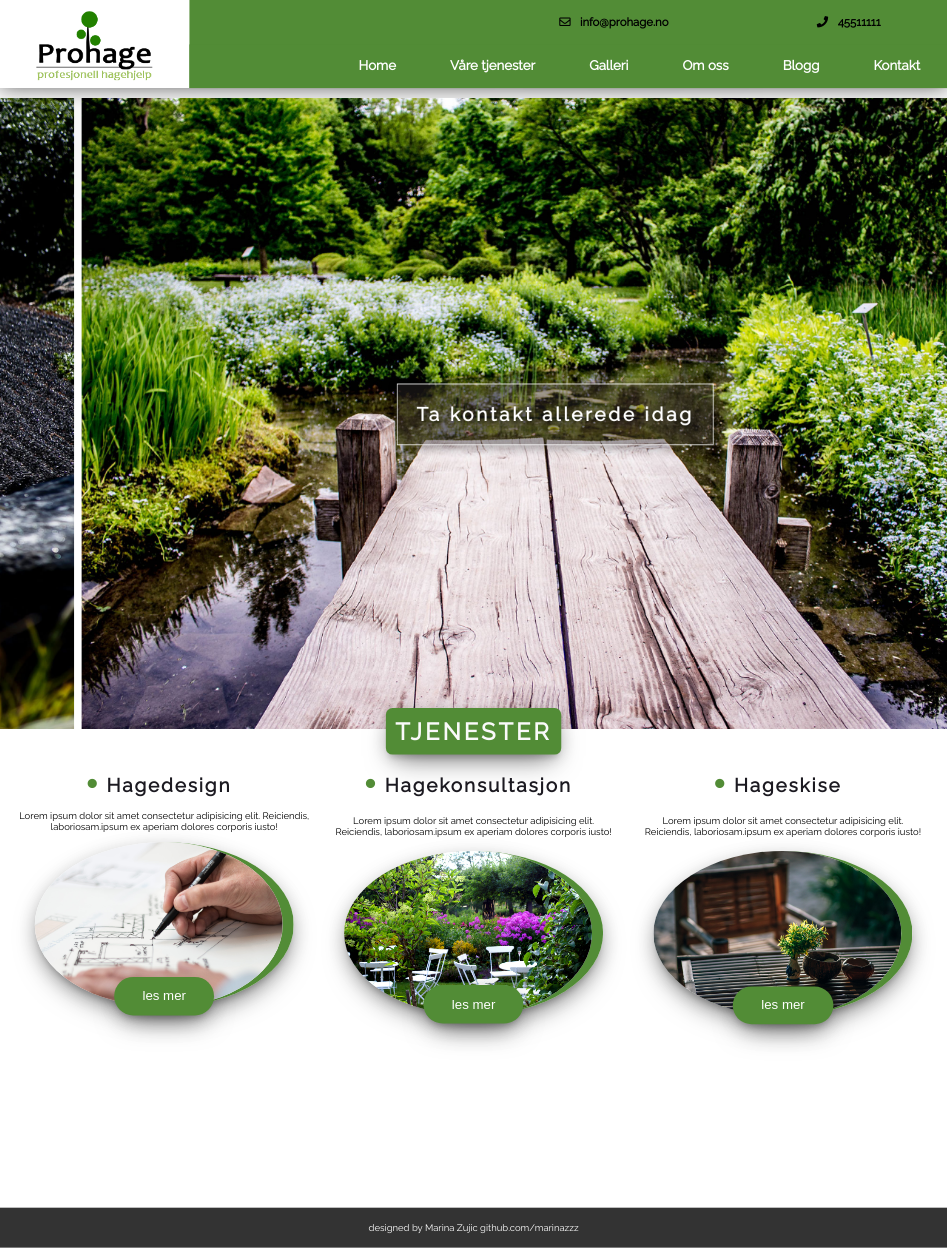
Repository: marinazzz/garden-design-website
Page: Garden design website/index.html
These files come from the project's save history. The page is drawn as it stood at one moment and after the next save; the edit follows.
The browser window is 1280 px wide. The pictures show the whole page, at 74% of full size.

Above is the page before, as saved 2020-04-01 10:09:26.

### Garden design website/index.html
<!DOCTYPE html>
<html lang="nb">
<head>
    <title>Hagedesign Oslo</title>
    <link rel="stylesheet" type="text/css" href="CSS/fontawesome-free-5.12.1-web/css/all.min.css">
    <link rel="stylesheet" type="text/css" href="CSS/style.css"/>
    <link rel="stylesheet" type="text/css" href="CSS/min-width-768px.css">
    <link rel="stylesheet" type="text/css" href="CSS/min-width-992px.css">
    <link rel="stylesheet" href="https://cdnjs.cloudflare.com/ajax/libs/animate.css/3.7.2/animate.min.css">
    <link rel="stylesheet" type="text/css" href="PLUGINS/glide-master/dist/css/glide.core.min.css" />
    <link rel="stylesheet" type="text/css" href="PLUGINS/glide-master/dist/css/glide.theme.min.css" />
    <link href="https://fonts.googleapis.com/css?family=Raleway&display=swap" rel="stylesheet">
    <meta name="viewport" content="width=device-width, initial-scale=1" charset="UTF-8">
</head>
<body>
    <header class="header--white-green">
        <div class="wrapper">
        <div class="container__menu--small container__menu"> <!--grid container-->
            <div class="container__logo"> <!--1.column-->
                <img class="logo"src="images/prohage black.png" alt="Prohage logo">
            </div>
            <div class="container__items--small container__items"> <!--2.column-->
                <div class="container__item"> <!--1.row-->
                     <a href="mailto:info@prohage.no"
                         class ="container__item-txt"><i class="far fa-envelope"></i>info@prohage.no</a>
                     <a href="tlf:45511111"
                         class="container__item-txt"><i class="fas fa-phone"></i>45511111</a>
                </div>
               <div class="container__item-bottom"> <!--2.row-->
                   <button class="menu__toggle">
                       <i class="fas fa-bars"></i>
                   </button>
                   <nav id="menu">
                        <ul class="menu__list">
                            <li class="menu__item">
                                <a class="menu__link" href="home">Home</a>
                            </li>
                            <li class="menu__item">
                                <a class="menu__link" href="#services">Våre tjenester</a>
                            </li>
                            <li class="menu__item">
                                <a class="menu__link" href="#gallery">Galleri</a>
                            </li>
                            <li class="menu__item">
                                <a class="menu__link" href="#about">Om oss</a>
                            </li>
                            <li class="menu__item">
                                <a class="menu__link" href="#blog">Blogg</a>
                            </li>
                            <li class="menu__item">
                                <a class="menu__link" href="kontakt">Kontakt</a>
                            </li>
                       </ul>
                   </nav>
               </div>
            </div>
            </div>
        </div>
        <section id="main-photo">
            <div class="glide">
                <div class="glide__track"
                     data-glide-el="track">
                    <ul class="glide__slides">
                        <li class="glide__slide">
                            <img class="main-photo__item"
                                 srcset="images/daylight-environment-garden-2000.jpg 2000w,
                                         images/daylight-environment-garden-1000.jpg 1000w"
                                 sizes="(min-width: 1440px) 2000px, 100vw"
                                 src="images/daylight-environment-garden-2000.jpg" alt="Garden and plants" />
                                 <h1 class="main-photo__title">Profesjonell hagehjelp</h1>
                        </li>
                        <li class="glide__slide">
                            <img class="main-photo__item"
                                 srcset="images/main-header-photo-2000.jpg 2000w,
                                          images/main-header-photo-1000.jpg 1000w"
                                 sizes="(min-width: 1440px) 2000px, 100vw"
                                 src="images/main-header-photo-2000.jpg" alt="Garden and plants" />
                                 <h1 class="main-photo__title">Ta kontakt allerede idag</h1>
                                </li>
                        <li class="glide__slide">
                            <img class="main-photo__item"
                                 srcset="images/header-photo-2000.jpg 2000w,
                                         images/header-photo-1000.jpg 1000w"
                                 sizes="(min-width: 1440px) 2000px, 100vw"
                                 src="images/header-photo-2000.jpg" alt="Garden designed by proffesional" />
                                 <h1 class="main-photo__title">Rådgiving og tipser</h1>
                        </li>
                        <li class="glide__slide">
                            <img class="main-photo__item"
                                 srcset="images/bloom-blooming-blur-2000.jpg 2000w,
                                         images/bloom-blooming-blur-1000.jpg 1000w"
                                 sizes="(min-width: 1440px) 2000px, 100vw"
                                 src="images/bloom-blooming-blur-2000.jpg" alt="Garden designed by proffesional" />
                                 <h1 class="main-photo__title">Følg vår hageblogg</h1>
                        </li>
                    </ul>
                </div>
                <!--<div class="glide__arrows"
                         data-glide-el="controls">
                        <button class="glide__arrow glide__arrow--left"
                                data-glide-dir="<">
                            <i class="fas fa-chevron-circle-left"></i>
                        </button>
                        <button class="glide__arrow glide__arrow--right"
                                data-glide-dir=">">
                            <i class="fas fa-chevron-circle-right"></i>
                        </button>
                    </div>-->
            </div>

            <!--<img class="main-photo__item1"
                 srcset="images/architecture-clouds-daylight-2000.jpg 2000w,
                         images/architecture-clouds-daylight-1000.jpg 1000w"
                 sizes="(min-width: 1440px) 2000px, 100vw"
                 src="images/architecture-clouds-daylight-2000.jpg" alt="Garden">
            <img class="main-photo__item2"
                 srcset="images/header-photo-2000.jpg 2000w,
                         images/header-photo-1000.jpg 1000w"
                 sizes="(min-width: 1440px) 2000px, 100vw"
                 src="images/header-photo-2000.jpg" alt="Garden designed by proffesional" >
            <img class="main-photo__item3"
                 srcset="images/main-header-photo-2000.jpg 2000w,
                         images/main-header-photo-1000.jpg 1000w"
                 sizes="(min-width: 1440px) 2000px, 100vw"
                 src="images/main-header-photo-2000.jpg" alt="Garden and plants" >
            <h1 class="main-photo__title">Profesjonell hagehjelp</h1>-->
        </section>
     </header>
     <main>
         <section id="services" class="section--white-green section__container">
            <h1 class="services__title">Tjenester</h1>
            <div class="services__wrapp">
            <section class="services__item">
                <div class="item-title__wrapp">
                    <i class="fas fa-circle"></i>
                    <h2 class="services__item-title">Hagedesign</h2>
                </div>
                <p class="services__txt">Lorem ipsum dolor sit amet consectetur adipisicing elit. Reiciendis, laboriosam.ipsum ex aperiam dolores corporis iusto!</p>
                <div class="position-button">
                     <img class="services-photo" src="images/person-holding-black-pen-1109541.jpg" alt="Hagedesigner tegner">
                     <button class="services-toggle">les mer</button>
                </div>
            </section>
            <section class="services-item services-item--padding">
                <div class="item-title__wrapp">
                    <i class="fas fa-circle"></i>
                    <h2 class="services__item-title">Hagekonsultasjon</h2>
                </div>
                <p class="services-txt">Lorem ipsum dolor sit amet consectetur adipisicing elit. Reiciendis, laboriosam.ipsum ex aperiam dolores corporis iusto!</p>
                <div class="position-button">
                    <img class="services-photo" src="images/colorful-garden-1226667-1919x1272.jpg" alt="Hagekonsultasjon med hagedesigner"> <!--smaller picture than other 2-->
                    <button class="services-toggle">les mer</button>
                </div>
            </section>
            <section class="services-item services-item--padding">
                <div class="item-title__wrapp">
                    <i class="fas fa-circle"></i>
                    <h2 class="services__item-title">Hageskise</h2>
                </div>
                <p class="services-txt">Lorem ipsum dolor sit amet consectetur adipisicing elit. Reiciendis, laboriosam.ipsum ex aperiam dolores corporis iusto!</p>
                <div class="position-button">
                    <img class="services-photo" src="images/selective-focus-photography-of-green-leafed-plant-on-table-1424464.jpg" alt="Hagedesigner hjelp">
                    <button class="services-toggle">les mer</button>
                </div>
            </section>
            </div>
         </section>
         <section id="gallery">

        </section>
         <article id="blog-posts">

         </article>
         <section id="about oss">

        </section>
     </main>
     <footer>
	     <p>designed by Marina Zujic
		     <a href="https://github.com/marinazzz">github.com/marinazzz</a>
	     </p>
     </footer>
     <script src="PLUGINS/glide-master/dist/glide.min.js"></script>
     <script>
        new Glide('.glide', {
            type: 'carousel',
            autoplay: true,
            hoverpause: false,
            perView: 1,
            animationDuration: 10000
        }).mount()
      </script>
     <script src="JS/js-app.js"></script>
</body>
</html>

### Garden design website/CSS/style.css
html {
  font-size: 62.5%;
}

body {
  margin: 0;
  padding: 0;
  text-align: center;
  box-sizing: border-box;
  font-family: 'Raleway', sans-serif;
}

       /*__ HEADER__ */

/*color styles*/
.header--white-green {
  --header-bg-color: #528C36;
  --header-link-color: black;
  --header-menu-link: #fff;
  --header-toggle-color: #528C36;
}

/*main style*/
.container__menu--small {
  display: flex;
  justify-content: space-around;
  box-shadow: 0 0 2rem 0 rgba(0, 0, 0, 0.24), 0 0 30rem 0 rgba(0, 0, 0, 0.2);
}

.logo {
  max-height: 8rem;
  background: white;
}

.container__items--small {
  display: grid;
  grid-template-rows: 1fr 1fr;
  align-content: flex-end;
  width: 250px;
}

.container__item {
  align-self: center;
}

.container__item,
.container__item-bottom {
  text-align: end;
}

.container__item-txt {
  color: var(--header-link-color);
  text-decoration: none;
  font-size: 1.2rem;
}

.container__item > a:first-of-type {
  padding-right: 1.6rem;
}

.container__item-bottom > nav {
  text-align: center;
}

.menu__toggle {
  color: var(--header-bg-color);
  box-sizing: border-box;
  border: none;
  background-color: transparent;
  outline: none;
  font-size: 3rem;
  line-height: 0;
  padding: 0.5rem;
  color: var(--header-toggle-color);
  position: relative;
  z-index: 100;
}

.fa-phone,
.fa-envelope {
  margin-right: 1rem;
}


/* MENU */

#menu {
  display: none;
  position: absolute;
  top: auto;
  left: 0;
  width: 100%;
  padding-top: 1rem;
  background-color: var(--header-bg-color);
  z-index: 20;
}

.menu__list {
  padding: 0;
  margin: 0;
  display: flex;
  flex-direction: column;
}

.menu__item {
  display: block;
  margin-bottom: 1rem;
}

.menu__link {
  color: var(--header-menu-link);
  text-decoration: none;
  font-size: 1.4rem;
}

#menu.menu-opened {
  display: block;
}


/*FOR SMALL DEVICES*/

@media screen and (max-width: 420px) {

  .logo {
    max-height: 7rem;
  }

  .container__items--small {
    width: auto;
    align-self: center;
  }

  .container__item > a:first-of-type {
    padding-right: 1.3rem;
  }

  .container__item {
    text-align: center;
  }

  .fa-phone, .fa-envelope {
    margin-right: 0.3rem;
  }
}

/* MAIN PICTURE */

#main-photo {
  width: 100%;
  padding-top: 1rem;
}

.main-photo__title {
  position: absolute;
  color: white;
  background-color:#524a4a3b;
  border: 0.1rem solid white;
  filter: drop-shadow(2px 4px 6px black);
  padding: 2rem;
  margin: 0 auto;
  font-size: 1.5rem;
  letter-spacing: 0.2rem;
  top: 50%;
  left: 50%;
  transform: translate(-50%, -50%);
}



/* GLIDE SLIDER CSS OVERRIDES */

.glide__slides {
  margin: 0;
}

.glide__slide {
  position: relative;
}

/*#main-photo .glide__arrow  {
  font-size: 4rem;
  padding: 0;
  border-color: transparent;
  box-shadow: none;
  border-radius: 50%;
  line-height: 0;
  transition: all 200ms ease-in-out;
}

#main-photo .glide__arrow:hover {
  border-color: #252525;
  color: #252525;
}*/



/*#main-photo {
  position: relative;
}

.main-photo__item {
   width: 100%;
}

.main-photo__title {
  position: absolute;
  bottom: 1rem;
  left: 20rem;
  font-size: 2rem;
}*/



/*1. COLOR OPTION*/
/* CSS variables*/
/* :root {
  --header-bg-color: #4daa57;
  --header-top-bg-color: #252525;
  --header-toggle-color: #fff;
}*/

/*.top-header__item {
  color: var(--header-link-color);
  text-decoration: none;
  font-size: 1.4rem;
}*/


/*------MAIN----------*/

/* SECTIONS */

/*Common styles for sections*/

/*color styles*/
.section--white-green {
  --section-bg: #FAFAFA;
  --section-title-bg: #528C36;
  --section-border-color: #528C36;
  --section-h2-color: #1C1A21;
  --buttons-services-color: #528C36;
}

/*layout*/
.services__wrapp {
  padding: 1rem 1rem 0 1rem;
  display: flex;
  flex-direction: column;
}

/*#services, #gallery, #reviews, #about {
  padding: 0.5rem;
  background: var(--section-bg);
}*/

/*.services-title, .gallery-title, .about-title {
  font-size: 2.5rem;
  margin: 0 9rem;
  padding-top: 1.6rem;
  letter-spacing: 0.32rem;
  border-bottom: var(--section-border-color) solid 0.25rem;
}*/


/* SECTION SERVICES */

.services__title {
  font-size: 2.5rem;
  position: absolute;
  left: 50%;
  transform: translate(-50%, -50%);
  border-radius: 0.7rem;
  color: #fafafa;
  background: var(--section-title-bg);
  letter-spacing: 0.32rem;
  padding: 1rem;
  margin: 0 auto;
  text-transform: uppercase;
}

.services__title,
.services-photo,
.services-toggle {
  box-shadow: 0 16px 38px -12px rgba(0, 0, 0, 0.56), 0 4px 25px 0px rgba(0, 0, 0, 0.12), 0 8px 10px -5px rgba(0, 0, 0, 0.2);
}
.services-txt {
  margin: 0;
  padding: 1.5rem;
}

.services__item {
  padding-top: 3rem;
}

.item-title__wrapp {
  display: flex;
  justify-content: center;
  align-items: center;
}

.fas,
.fa-circle {
  color: var(--buttons-services-color);
}

.services__item-title {
  margin: 0.5rem 0 0.5rem 0;
  font-size: 2rem;
  padding: 0 1rem;
}

.services-photo {
  overflow: hidden;
  border-radius: 50%;
  border-right: solid 1.2rem var(--section-border-color);
  width: 80%;
}

.services__item-title {
  color: var(--section-h2-color);
  letter-spacing: 0.2rem;
}

.services-toggle {
  background: var(--buttons-services-color);
  border-radius: 3rem;
  box-sizing: border-box;
  border: none;
  font-size: 1.4rem;
  padding: 1.2rem 3rem;
  color: #fff;
}

.position-button {
  position: relative;
}

.position-button > button {
  position: absolute;
  bottom: -15%;
  left: 50%;
  transform: translate(-50%, -50%);
}

.services-item--padding {
  padding-top: 6rem;
}


/*FOOTER*/

footer {
  background: #333333;
  padding: 0.5rem;
  margin-top: 20rem; /*temporary*/
  color: white;
}

footer a {
  color: white;
  text-decoration: none;
}

### Garden design website/CSS/min-width-768px.css
@media screen and (min-width: 768px) {

  html {
    font-size: 70%;
  }

   /* HEADER */


   .container__menu,
   .container__items {
    display: grid;
   }

   .container__menu {
    grid-template-columns: 2fr 80%;
    box-shadow: 0 0 2rem 0 rgba(0, 0, 0, 0.62), 0 0 30rem 0 rgba(0, 0, 0, 0.19);
  }

  .container__items {
    grid-template-rows: 1fr 1fr;
    background: var(--header-bg-color);
    width: auto;
  }

  .container__item,
  .container__item-bottom {
    display: flex;
  }

  .container__item {
    align-self: center;
    justify-content: space-around;
    /*padding-left: 23rem;*/
  }

  .container__item > a:first-of-type {
    padding-left: 10rem;
  }

  .container__item-bottom {
    align-items: center;
  }

  .menu__toggle {
    display: none;
  }

  /* NAVIGATION */

  #menu,
  .menu-opened .menu__item .menu__link {
    display: block;
  }

  #menu {
    position: static;
    padding: 0;
    top: 0;
  }

  #menu,
  .menu_list {
    height: 100%;
  }

  .menu__list {
    height: 100%;
    flex-direction: row;
    justify-content: center;
    align-items: center;
    padding-left: 5rem;
  }

  .menu__item {
    height: 100%;
    display: block;
    flex-grow: 1;
    margin: 0;
    line-height: 4.5rem;
  }

  .menu__item:hover {
    background-color:#272727;
  }

  .menu__link:active {
    color:black;
  }

  .menu__link,
  .container__item-txt {
    font-weight: bold;
  }

  /* color styles */

  :root {
    /*header*/
    --header-bg-color:#528C36;
    --link-color: #FCFDF9;
  }

  /* MAIN PHOTO */

  .main-photo__title {
    font-size: 2rem;
    letter-spacing: 0.3rem;
}


/* SECTIONS */

/*Common styles for sections*/
/*layout*/
.services__wrapp {
  flex-direction: row;
}

.services-item--padding {
  padding-top: 0;
}

.services-item {
  padding-top: 3rem;
}

}

### Garden design website/CSS/min-width-992px.css
@media screen and (min-width: 992px) {
    html {
        font-size: 80%;
    }

   /* HEADER */

    .logo {
        max-height: 9rem;
    }

    .container__items {
        width: auto;
    }

    .container__item {
        padding-left: 22rem;;
    }

    .container__item-bottom,
    .container__items {
        padding: 0;
    }

    #menu {
        padding-left: 10rem;
    }
}

@media screen and (min-width: 1440px) {

    /* HEADER */
    .container__menu {
        max-width: 1500px;
        margin: 0 auto;
    }

    .container__item {
        padding-left: 47rem;;
    }

    #menu {
        padding-left: 30rem;
    }


    /* MAIN PHOTO */

    .main-photo__title {
        font-size: 3rem;
        letter-spacing: 0.5rem;
    }
}

@media screen and (min-width: 2560px) {

    .logo {
        max-height: 12rem;
    }

    .container__item {
        justify-self: center;
    }

    .container__item > a:first-of-type {
        padding: 0 13rem;
    }

    .container__item-bottom {
        padding: 0 40rem;
    }

    /*content on middle*/

    .container__menu {
        max-width: 2000px;
    }

    .container__item-bottom,
    .container__items {
        padding: 0;
    }

    #menu,
    .container__item {
        padding-left: 50rem;
    }

    .section__container {
        max-width: 2000px;
        margin: 0 auto;
    }
}

### Garden design website/JS/js-app.js
let mainNav = document.getElementById("menu");

let navBarToggle = document.querySelector(".menu__toggle");

navBarToggle.addEventListener("click", function () {

    mainNav.classList.toggle("menu-opened");
});

Loaded but not shown: Garden design website/CSS/fontawesome-free-5.12.1-web/css/all.min.css (library); Garden design website/PLUGINS/glide-master/dist/css/glide.core.min.css (common file); Garden design website/PLUGINS/glide-master/dist/css/glide.theme.min.css (common file); Garden design website/PLUGINS/glide-master/dist/glide.min.js (library)

After the next save:
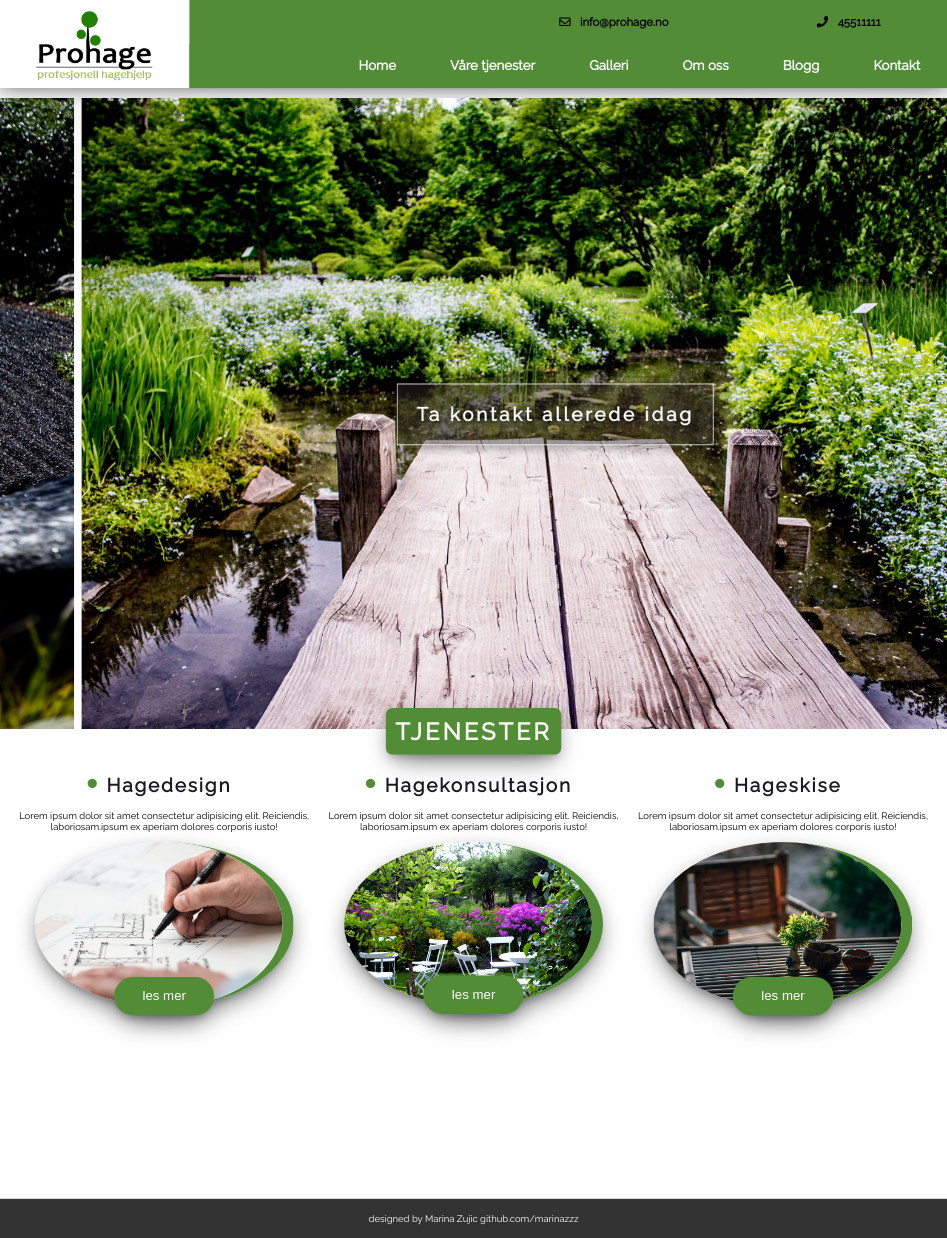
Saved 79 s later.
--- a/Garden design website/index.html
+++ b/Garden design website/index.html
@@ -146,7 +146,7 @@
                     <i class="fas fa-circle"></i>
                     <h2 class="services__item-title">Hagekonsultasjon</h2>
                 </div>
-                <p class="services-txt">Lorem ipsum dolor sit amet consectetur adipisicing elit. Reiciendis, laboriosam.ipsum ex aperiam dolores corporis iusto!</p>
+                <p class="services__txt">Lorem ipsum dolor sit amet consectetur adipisicing elit. Reiciendis, laboriosam.ipsum ex aperiam dolores corporis iusto!</p>
                 <div class="position-button">
                     <img class="services-photo" src="images/colorful-garden-1226667-1919x1272.jpg" alt="Hagekonsultasjon med hagedesigner"> <!--smaller picture than other 2-->
                     <button class="services-toggle">les mer</button>
@@ -157,7 +157,7 @@
                     <i class="fas fa-circle"></i>
                     <h2 class="services__item-title">Hageskise</h2>
                 </div>
-                <p class="services-txt">Lorem ipsum dolor sit amet consectetur adipisicing elit. Reiciendis, laboriosam.ipsum ex aperiam dolores corporis iusto!</p>
+                <p class="services__txt">Lorem ipsum dolor sit amet consectetur adipisicing elit. Reiciendis, laboriosam.ipsum ex aperiam dolores corporis iusto!</p>
                 <div class="position-button">
                     <img class="services-photo" src="images/selective-focus-photography-of-green-leafed-plant-on-table-1424464.jpg" alt="Hagedesigner hjelp">
                     <button class="services-toggle">les mer</button>
